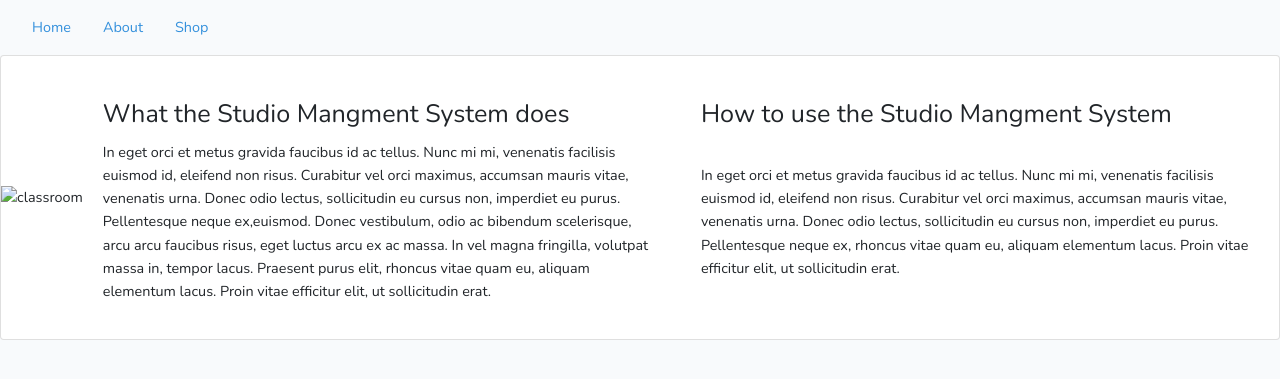
Repository: littae2/simplicite
Page: http://localhost/shop
These files come from the project's save history. The page is drawn as it stood at one moment and after the next save; the edit follows.
The browser window is 1280 px wide. The pictures show the whole page.
Some web libraries are served in a nearby version. The page is served by the project's Laravel application, run on PHP 8.4 with Laravel 8.

Above is the page before, as saved 2021-08-13 14:10:36.

After the next save:
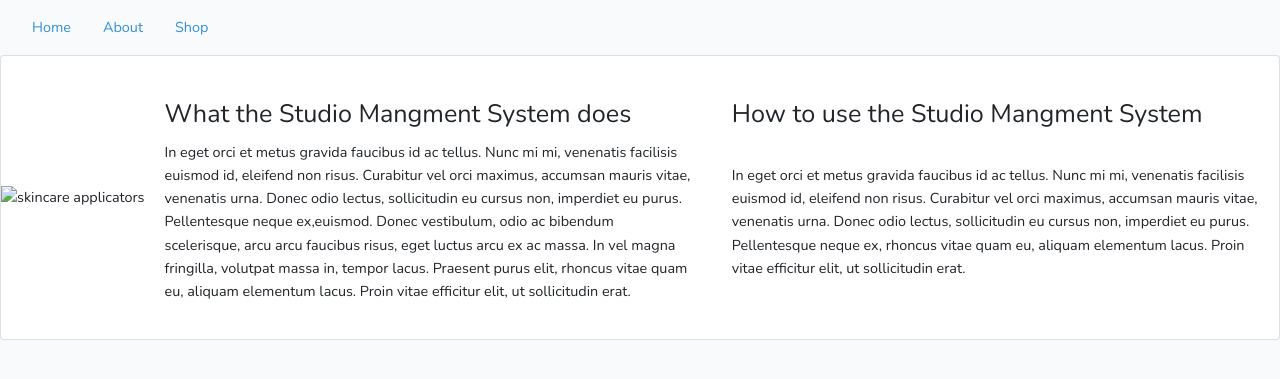
Saved 5 s later.
--- a/Project/resources/views/shop/index.blade.php
+++ b/Project/resources/views/shop/index.blade.php
@@ -10,7 +10,7 @@
 @endif -->
 
   <div class="card d-flex flex-row justify-content-between align-items-center w-90 home">
-    <img src="{{url('img/teaching.jpg')}}" alt="classroom" id="classImg">
+  <img src="{{url('img/product2.jpg')}}" alt="skincare applicators" id="headerImg">
     <div class="card-body w-25 ">
 
       <br>
